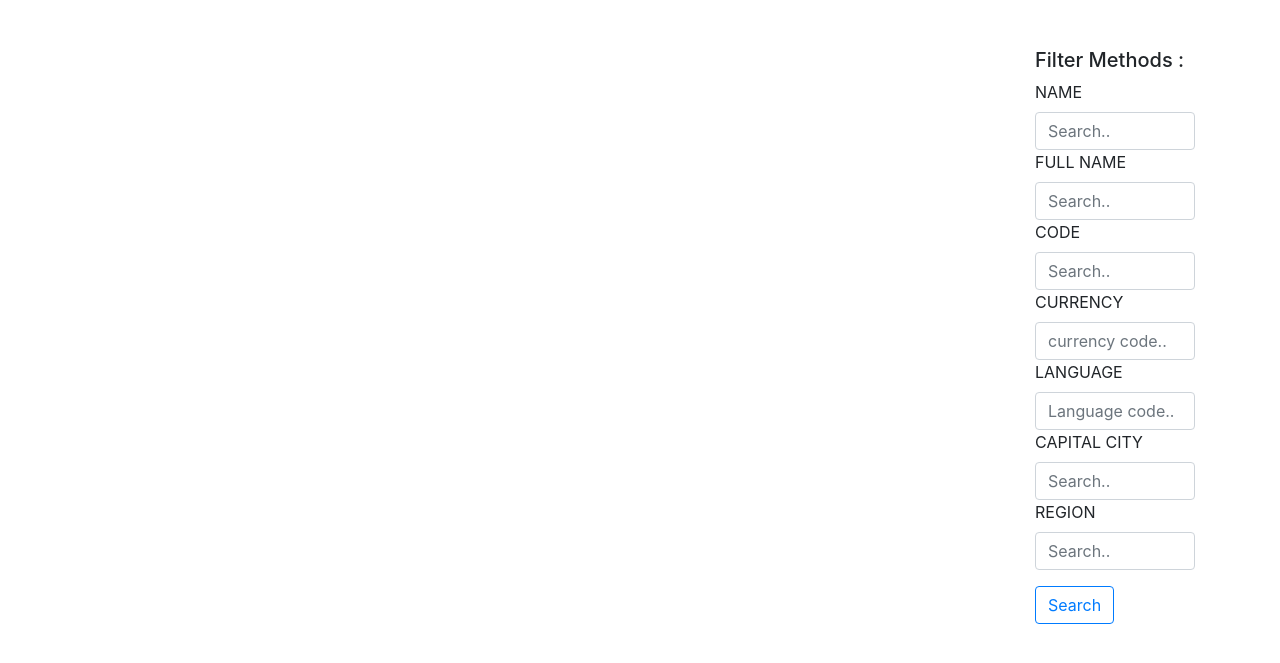
Repository: mdtahsinamin/react-intensip-task
Page: /home
An editor plug-in stored every save of this project. The page is shown before and after the next save, followed by the edit.
The browser window is 1280 px wide. The pictures show the whole page.
The page's requests for data from a server got no answer. The project was rebuilt for these pictures with package versions that can differ from the ones it lists, and the page was loaded fresh each time. No one was signed in, and anything a server would have sent is missing. Also part of the build but not shown: src/components/Home/Countries.js.

Above is the page before, as saved 2021-01-23 00:46:38.

After the next save:
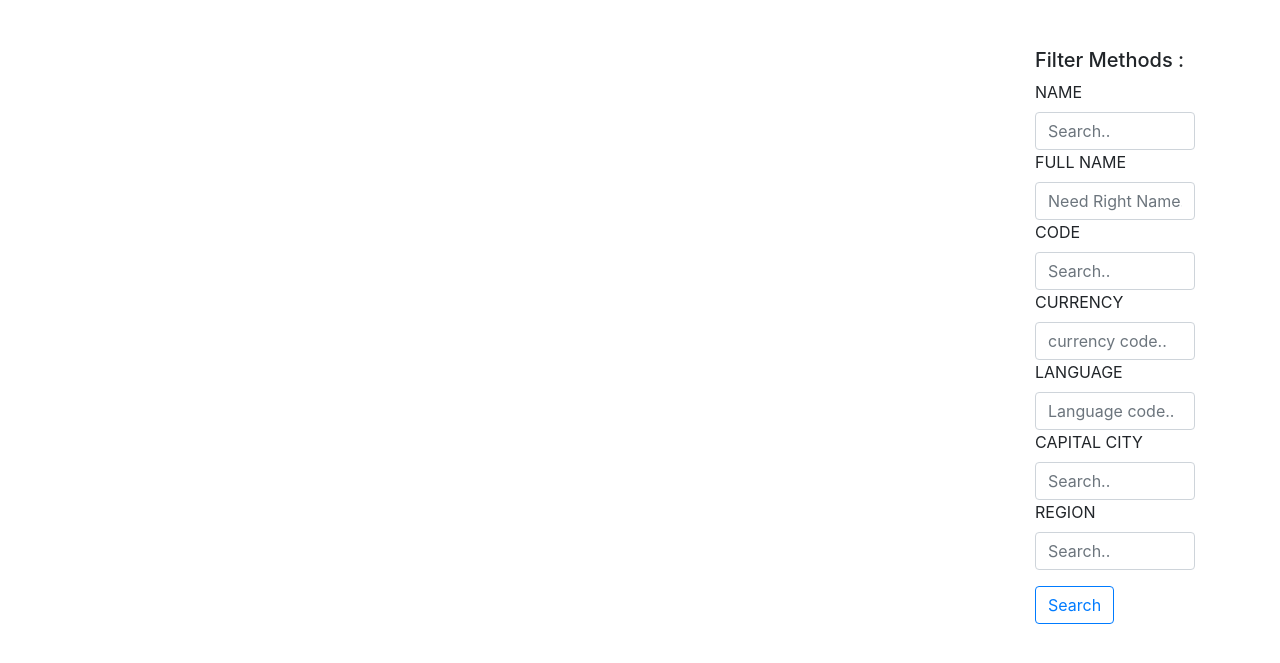
Saved 65 s later.
--- a/src/components/Home/Home.js
+++ b/src/components/Home/Home.js
@@ -114,7 +114,7 @@ const Home = () => {
                     type="text"
                     className="form-control "
                     name="fullName"
-                    placeholder="Search.."
+                    placeholder="Need Right Name.."
                     onBlur={handleChange}
                 />
                 <label>CODE</label>
